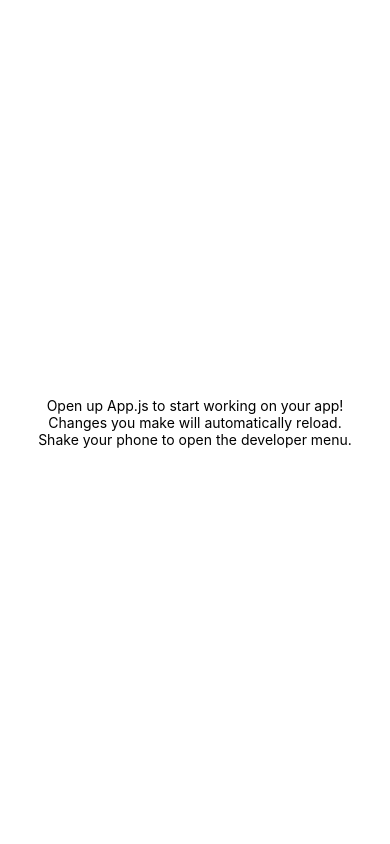
Repository: Nicholas-Kyle/RangeTrainer
Screen: /
These files come from the project's save history. The screen is drawn as it stood at one moment and after a run of saves; the edit follows.
The app was drawn by React Native's web renderer in a window 390 px wide. The project was rebuilt for these pictures with package versions that can differ from the ones it lists, and the page was loaded fresh each time. Also part of the build but not shown: RangeTrainer/ACTIONS.js, RangeTrainer/ActionButtonGroup.js.

Above is the screen before, as saved 2018-03-18 17:55:57.

### App.js
import React from "react";
import { StyleSheet, Text, View } from "react-native";

export default class App extends React.Component {
  render() {
    return (
      <View style={styles.container}>
        <Text>Open up App.js to start working on your app!</Text>
        <Text>Changes you make will automatically reload.</Text>
        <Text>Shake your phone to open the developer menu.</Text>
      </View>
    );
  }
}

const styles = StyleSheet.create({
  container: {
    flex: 1,
    backgroundColor: "#fff",
    alignItems: "center",
    justifyContent: "center"
  }
});

### RangeTrainer/RangeTrainer.js
import React, { Component } from "react";
import { StyleSheet, Text, View } from "react-native";
import Scoreboard from "./Scoreboard";
// import "./RangeTrainer.css";
import ActionButtonGroup from "./ActionButtonGroup";

const POSITIONS = ["EP", "MP", "HJ", "CO", "BTN"];
const groupOne = ["AA", "KK", "QQ", "JJ"];
const groupTwo = ["AKs", "AKo"];
const groupThree = ["AQs"];
const groupfour = ["TT", "99", "88"];
const groupfive = ["AJs", "AQo"];
const groupSix = ["ATs", "KQs", "AJo"];
const groupSeven = ["ATo", "KQo"];
const groupEight = ["77", "66", "55", "44", "33", "22"];
const groupNine = ["KJs", "KTs", "QJs"];
const groupTen = ["JTs", "T9s", "98s", "87s", "76s", "65s", "54s"];
const groupEleven = ["QTs", "J9s", "108s", "97s", "86s", "75s", "64s", "53s"];
const groupTwlegth = ["Q9s", "J8s", "107s", "96s", "85s", "74s", "63s", "52s"];
const groupThirteen = ["JTo", "T9o", "98o", "87o", "76o", "65o", "54o"];

const positionWithGroups = {
  [POSITIONS[0]]: {
    raiseDefend: [...groupOne, ...groupTwo, ...groupThree],
    raiseFold: [...groupfour, ...groupfive, ...groupSix],
    limp: [...groupSeven]
  },
  [POSITIONS[1]]: {
    raiseDefend: [...groupOne, ...groupTwo, ...groupThree],
    raiseFold: [...groupfour, ...groupfive, ...groupSix, ...groupSeven],
    limp: [...groupEight]
  },
  [POSITIONS[2]]: {
    raiseDefend: [
      ...groupOne,
      ...groupTwo,
      ...groupThree,
      ...groupfour,
      ...groupfive
    ],
    raiseFold: [...groupSix, ...groupSeven, ...groupEight],
    limp: [...groupNine, ...groupTen]
  },
  [POSITIONS[3]]: {
    raiseDefend: [
      ...groupOne,
      ...groupTwo,
      ...groupThree,
      ...groupfour,
      ...groupfive,
      ...groupSix
    ],
    raiseFold: [...groupSeven, ...groupEight, ...groupNine],
    limp: [...groupTen, ...groupEleven, ...groupTwlegth]
  },
  [POSITIONS[4]]: {
    raiseDefend: [
      ...groupOne,
      ...groupTwo,
      ...groupThree,
      ...groupfour,
      ...groupfive,
      ...groupSix
    ],
    raiseFold: [...groupSeven, ...groupEight, ...groupNine, ...groupTen],
    limp: [...groupEleven, ...groupTwlegth, ...groupThirteen]
  }
};

class RangeTrainer extends Component {
  constructor(props) {
    super(props);
    this.state = { score: 0, wrongHands: [] };
    this.newHand = this.newHand.bind(this);
    this.checkAction = this.checkAction.bind(this);
  }

  getRandomPosition() {
    return POSITIONS[Math.floor(Math.random() * POSITIONS.length)];
  }

  getRandomHand() {
    let ranks = [
      "A",
      "K",
      "Q",
      "J",
      "T",
      "9",
      "8",
      "7",
      "6",
      "5",
      "4",
      "3",
      "2"
    ];
    let randomIndexOne = Math.floor(Math.random() * ranks.length);
    let randomIndexTwo = Math.floor(Math.random() * ranks.length);
    let cardOne;
    let cardTwo;
    if (randomIndexOne < randomIndexTwo) {
      cardOne = ranks[randomIndexOne];
      cardTwo = ranks[randomIndexTwo];
    } else {
      cardOne = ranks[randomIndexTwo];
      cardTwo = ranks[randomIndexOne];
    }

    let randomNumberBetweenOneAndFour = Math.floor(Math.random() * 4) + 1;

    let suited = "";
    if (cardOne !== cardTwo) {
      if (randomNumberBetweenOneAndFour === 4) {
        suited = "s";
      } else {
        suited = "o";
      }
    }

    return `${cardOne}${cardTwo}${suited}`;
  }

  newHand() {
    this.setState({
      position: this.getRandomPosition(),
      hand: this.getRandomHand(),
      action: null
    });
  }

  findCorrectActionForHandInPosition(hand, position) {
    const positionGroups = positionWithGroups[position];
    if (positionGroups.raiseDefend.includes(hand)) {
      return "raiseDefend";
    }
    if (positionGroups.raiseFold.includes(hand)) {
      return "raiseFold";
    }
    if (positionGroups.limp.includes(hand)) {
      return "limp";
    }

    return "fold";
  }

  checkAction(playerAction) {
    const { hand, position } = this.state;

    const correctAction = this.findCorrectActionForHandInPosition(
      hand,
      position
    );
    const handSuccess = playerAction === correctAction;

    const correctActionMessage = handSuccess
      ? ""
      : `Correct action is ${correctAction}. For Hand ${hand} and position ${position}`;

    const extraScore = handSuccess ? 10 : -10;

    this.setState(
      ({ score: oldScore, wrongHands }) => ({
        score: oldScore + extraScore,
        handSuccess,
        action: playerAction,
        correctActionMessage,
        wrongHands: wrongHands.concat(correctActionMessage)
      }),
      this.newHand()
    );
  }

  render() {
    const {
      position,
      hand,
      handSuccess,
      action,
      score,
      correctActionMessage,
      wrongHands
    } = this.state;
    return (
      <View className="rangeTrainer" style={styles.container}>
        <Scoreboard score={score} />
        <View>
          <button onClick={this.newHand}>Next Hand</button>
        </View>
        <View>Pos: {position}</View>
        <View>Hand: {hand}</View>
        {hand && <ActionButtonGroup onAction={this.checkAction} />}
        {action && (
          <View>
            {action &&
              handSuccess && (
                <span style={{ backgroundColor: "green" }}>Correct action</span>
              )}

            {!handSuccess && (
              <span style={{ backgroundColor: "red" }}>Wrong action</span>
            )}
          </View>
        )}

        {wrongHands && (
          <View> {wrongHands.map(wrongHand => <View>{wrongHand}</View>)}</View>
        )}
      </View>
    );
  }
}

export default RangeTrainer;

const styles = StyleSheet.create({
  container: {
    flex: 1,
    backgroundColor: "#fff",
    alignItems: "center",
    justifyContent: "center"
  }
});

### RangeTrainer/Scoreboard.js
import React from "react";
import { StyleSheet, Text, View } from "react-native";
// import "./Scoreboard.css";

const Scoreboard = ({ score }) => (
  <View style={styles.container}>
    <Text>Score: {score}</Text>
  </View>
);

export default Scoreboard;

const styles = StyleSheet.create({
  container: {
    flex: 1,
    backgroundColor: "#fff",
    alignItems: "center",
    justifyContent: "center"
  }
});

After the next 2 saves:
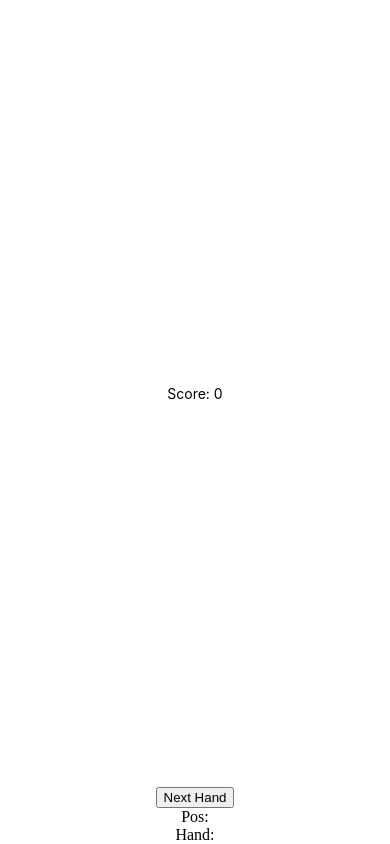
The 2 saves are shown as one change because 1 did not build or start.
The last was saved 38 s later.
--- a/App.js
+++ b/App.js
@@ -1,15 +1,10 @@
 import React from "react";
 import { StyleSheet, Text, View } from "react-native";
+import RangeTrainer from "./RangeTrainer/RangeTrainer";
 
 export default class App extends React.Component {
   render() {
-    return (
-      <View style={styles.container}>
-        <Text>Open up App.js to start working on your app!</Text>
-        <Text>Changes you make will automatically reload.</Text>
-        <Text>Shake your phone to open the developer menu.</Text>
-      </View>
-    );
+    return <RangeTrainer />;
   }
 }
 
